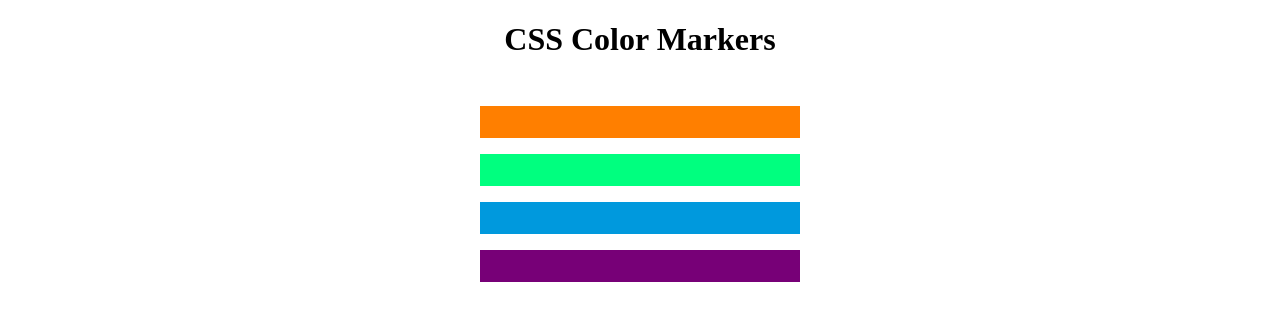
Repository: Lungdjos/color_markers
Page: index.html
These files come from the project's save history. The page is drawn as it stood at one moment and after a run of saves; the edit follows.
The browser window is 1280 px wide. The pictures show the whole page.

Above is the page before, as saved 2023-09-14 18:24:45.

After the next 2 saves:
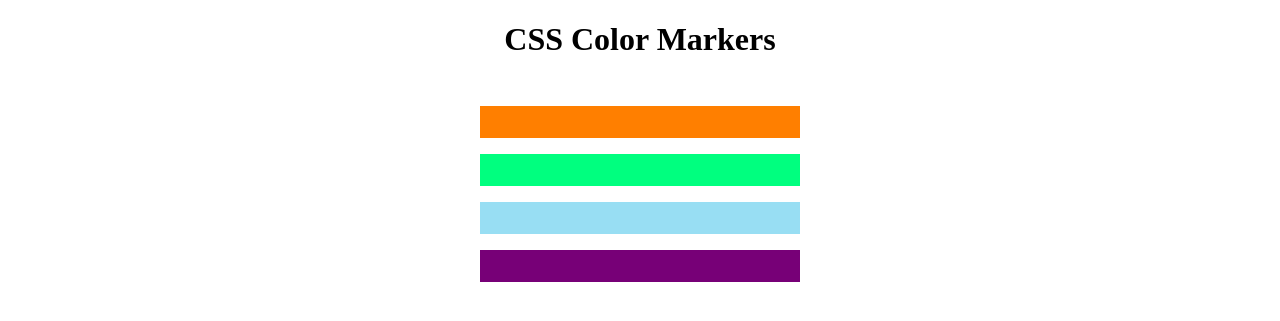
The 2 saves are shown as one change because they came seconds apart.
The last was saved 20 s later.
--- a/styles.css
+++ b/styles.css
@@ -20,7 +20,7 @@
 }
 
 .cyan {
-    background-color: #09d;
+    background-color: rgb(152, 222, 243);
 }
 
 .purple {

After the save that followed:
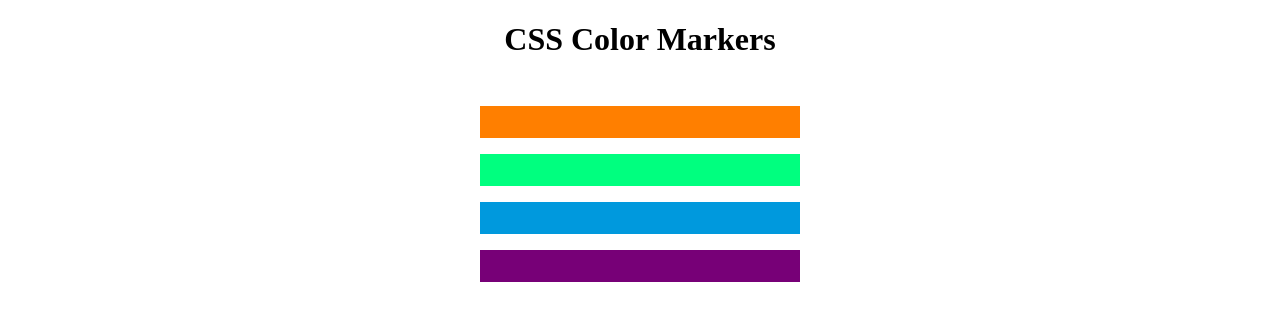
Saved 7 s later.
--- a/styles.css
+++ b/styles.css
@@ -20,7 +20,7 @@
 }
 
 .cyan {
-    background-color: rgb(152, 222, 243);
+    background-color: #09d;
 }
 
 .purple {
